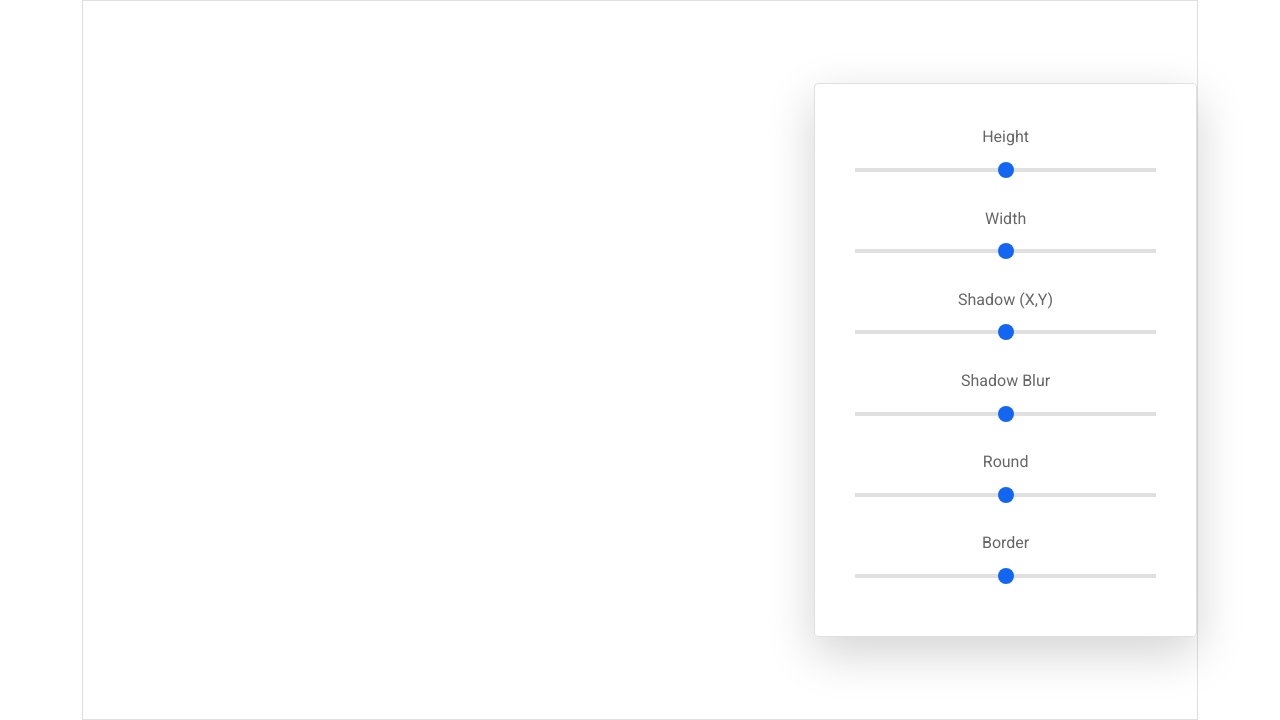
Repository: USaditya98/card-generator
Page: index.html
An editor plug-in stored every save of this project. The page is shown before and after the next save, followed by the edit.
The browser window is 1280 px wide. The pictures show the whole page.

Above is the page before, as saved 2021-10-20 12:31:33.

After the next save:
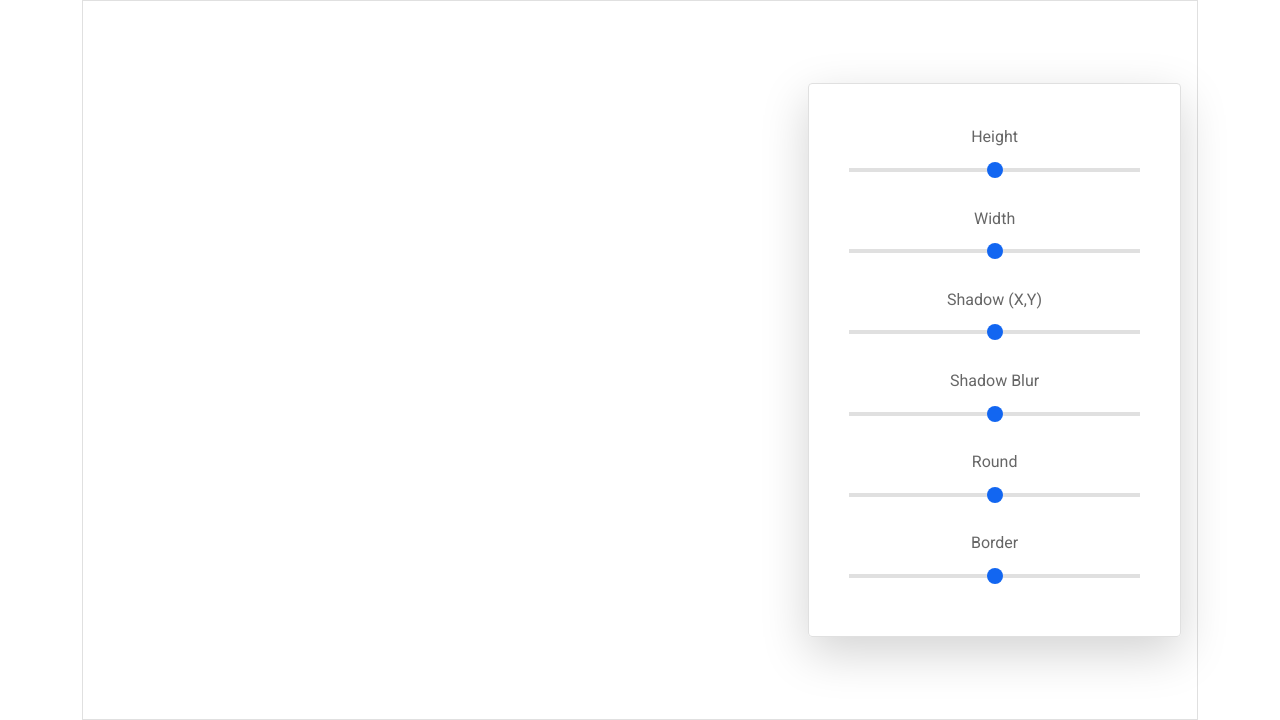
Saved 5 s later.
--- a/index.html
+++ b/index.html
@@ -25,7 +25,7 @@
                 <div class="text-center  " id="create">
                 </div>
             </div>
-            <div class="border w-50 shadow-lg rounded p-4">
+            <div class="border w-50 shadow-lg rounded p-4 mx-3">
             <div class="m-3">
                 <label class="form-label" for="height">Height</label>
                 <div class="range">
